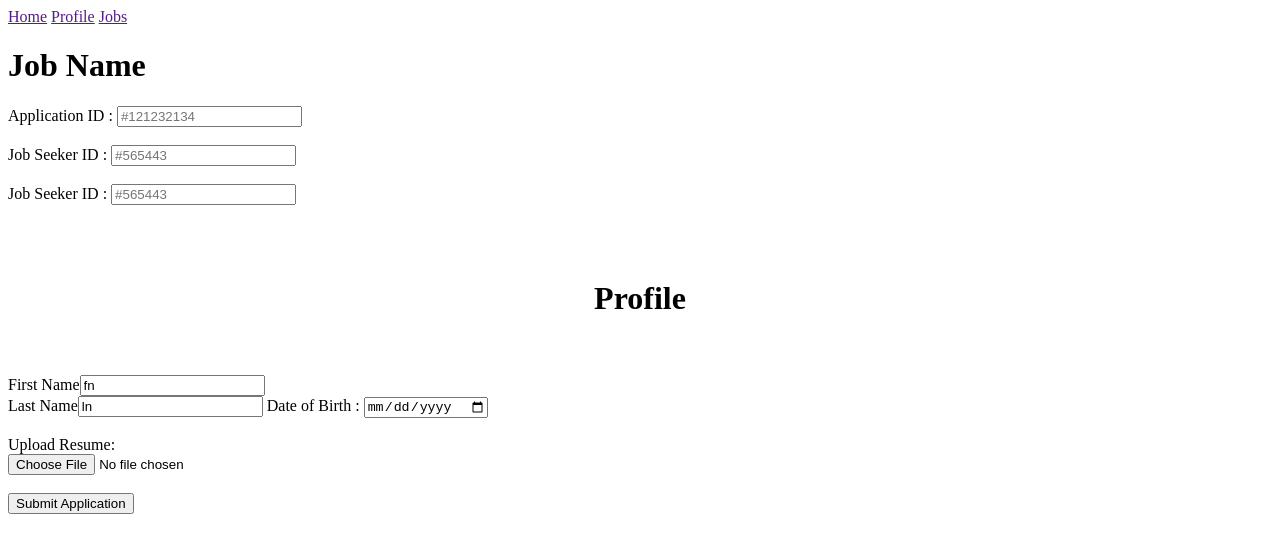
Repository: IT21221064/JobPortal
Page: http://localhost/JobApp/addProfile.jsp
An editor plug-in stored every save of this project. The page is shown before and after the next save, followed by the edit.
The browser window is 1280 px wide. The pictures show the whole page.
The page is served by Tomcat 9.

Above is the page before, as saved 2023-07-15 17:26:17.

### Project/JobApp/src/main/webapp/addProfile.jsp
<%@ page language="java" contentType="text/html; charset=ISO-8859-1"
    pageEncoding="ISO-8859-1"%>
<!DOCTYPE html>
<html>
<head>
<meta charset="ISO-8859-1">
<title>Insert title here</title>
</head>
<body>
<%@include file="nav.html" %>
<form method="post" action="#">
<h1>Job Name</h1>
<label for="aID">Application ID : </label>
<input type="text" name="aID" id="aID" placeholder="#121232134"><br><br>

<label for="jID">Job Seeker ID : </label>
<input type="text" name="jID" id="jID" placeholder="#565443"><br><br>

<label for="fname">Job Seeker ID : </label>
<input type="text" name="jID" id="jID" placeholder="#565443"><br><br>

<div class="row">
<div class="col"></div>
<div class="col"><div class="row">
</div></div></div>
<br><br>
 <div class="row">
      <div class="col-md-3"></div>
      <div class="col-md-6">
        <div class="card">
          <div class="card-body">
            <h1 style="text-align: center">Profile</h1>
            <br />

              <div class="col-md-4"></div>
            </div>
                <br>
            <form method="post" action="ProfileServlet">
             <div class="row">
              <div class="col-md-6 form-group">
              <input value="id" type="hidden" name="user_id"/>
                <label>First Name</label
                ><input name="fname" value="fn " class="form-control" placeholder="First Name" />
              </div>
              <div class="col-md-6">
                <label>Last Name</label
                ><input name="lname"  value="ln" class="form-control" placeholder="Last Name" />
<label for ="dob">Date of Birth : </label>
<input type="date" name="dob" id="dob"><br><br>

<label for="cv">Upload Resume: </label><br>

<input type="file" name="cv" id="cv"><br><br>

<input type="submit" value="Submit Application"><br><br>

</form>

</body>
</html>

### Project/JobApp/src/main/webapp/nav.html
<nav>
	<a href="">Home</a>
	<a href="">Profile</a>
	<a href="">Jobs</a>
</nav>

After the next save:
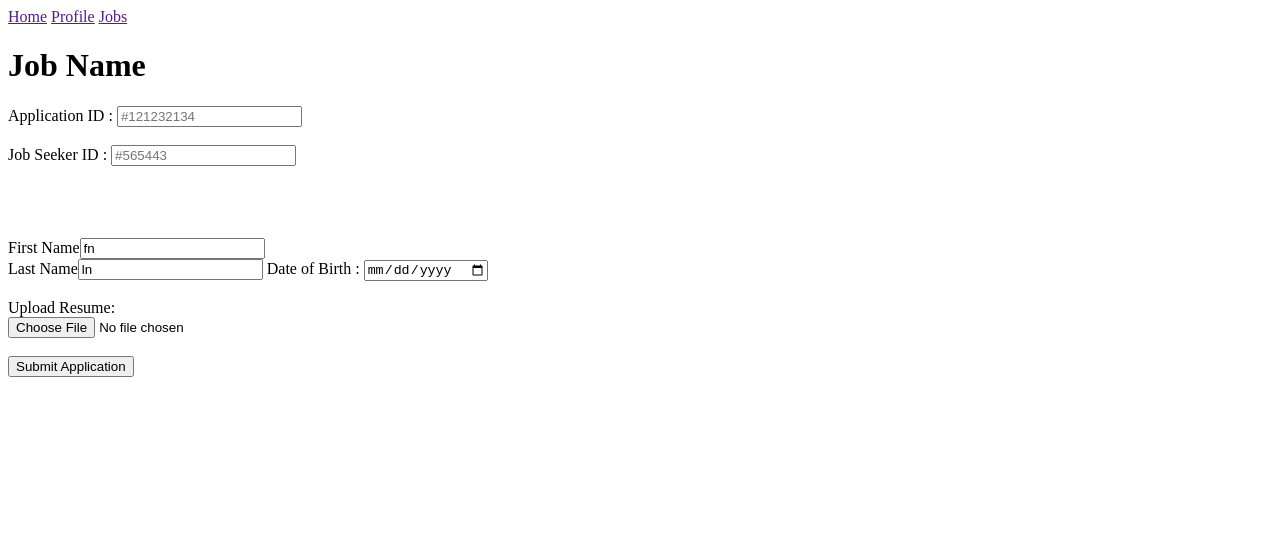
Saved 55 s later.
--- a/Project/JobApp/src/main/webapp/addProfile.jsp
+++ b/Project/JobApp/src/main/webapp/addProfile.jsp
@@ -16,21 +16,12 @@
 <label for="jID">Job Seeker ID : </label>
 <input type="text" name="jID" id="jID" placeholder="#565443"><br><br>
 
-<label for="fname">Job Seeker ID : </label>
-<input type="text" name="jID" id="jID" placeholder="#565443"><br><br>
-
 <div class="row">
 <div class="col"></div>
 <div class="col"><div class="row">
 </div></div></div>
 <br><br>
- <div class="row">
-      <div class="col-md-3"></div>
-      <div class="col-md-6">
-        <div class="card">
-          <div class="card-body">
-            <h1 style="text-align: center">Profile</h1>
-            <br />
+
 
               <div class="col-md-4"></div>
             </div>
